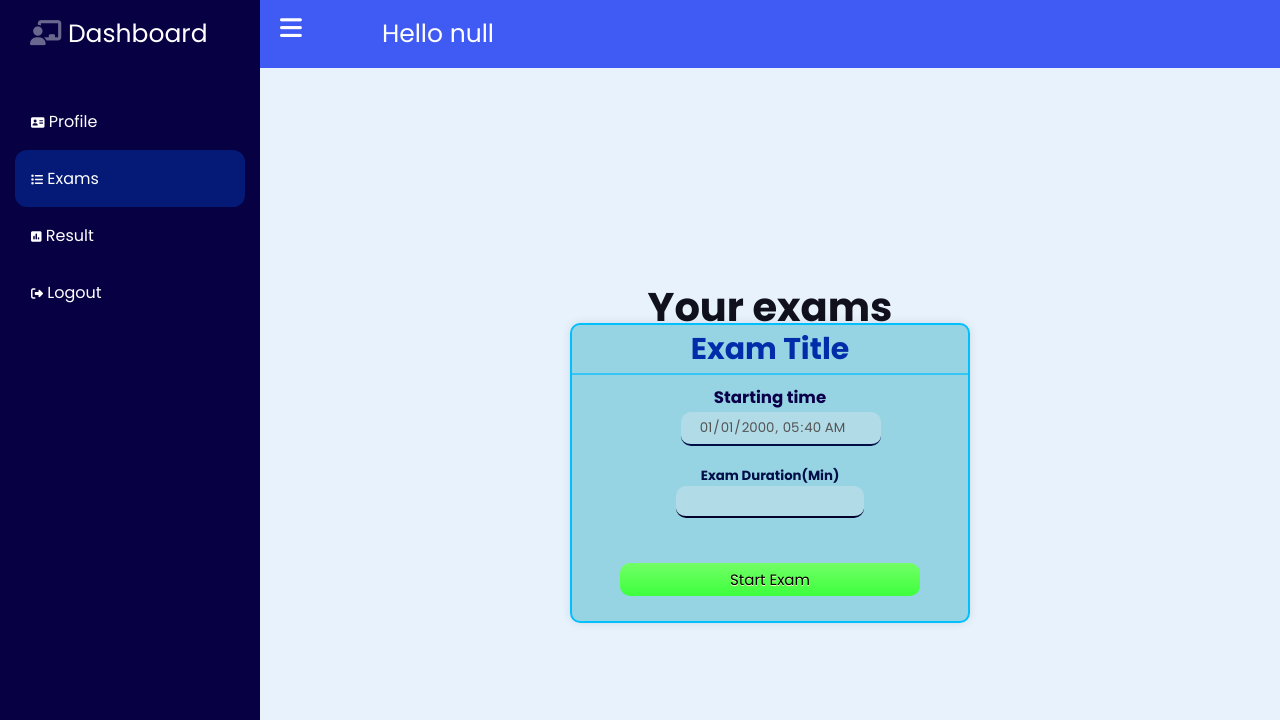
Repository: Buddhadip/ExamPortalApp_struts
Page: http://localhost/ExamWizard/WEB-INF/views/studentExams.jsp
An editor plug-in stored every save of this project. The page is shown before and after the next save, followed by the edit.
The browser window is 1280 px wide. The pictures show the whole page.
The page is served by Tomcat 9. Nobody is signed in. Other server files are loaded and not shown. The template is opened directly, without the code that normally fills it, so the values that code supplies are empty.

Above is the page before, as saved 2023-07-19 09:46:25.

### ExamWizard/src/main/webapp/WEB-INF/views/studentExams.jsp
<%@ page language="java" contentType="text/html; charset=UTF-8"
    pageEncoding="UTF-8"%>
<!DOCTYPE html>
<html>
<head>
    <meta charset="UTF-8" />
    <meta http-equiv="X-UA-Compatible" content="IE=edge" />
    <meta name="viewport" content="width=device-width, initial-scale=1.0" />
    <title>Student Dashboard</title>
    <link rel="stylesheet" href="public/styles/studentHome.css" />
    <link rel="stylesheet" href="public/styles/studentExams.css" />
    <link rel="stylesheet" href="https://cdnjs.cloudflare.com/ajax/libs/font-awesome/6.4.0/css/all.min.css">
<title>Student Home</title>
</head>
<body>
<!-- <%@ taglib prefix="c" uri="http://java.sun.com/jsp/jstl/core" %>
<%
   // Retrieve a session attribute
   String username = (String) session.getAttribute("username");
%> -->
<nav class="sidebar">
      <a href="#" class="logo">
        <i class="fa-solid fa-chalkboard-user fa-beat-fade"></i>
        Dashboard
      </a>

      <div class="menu-content">
        <ul class="menu-items">
          <li class="item">
          <li class="item">
            <a href="profile.do">
              <i class="fa-solid fa-address-card"></i>
              Profile</a>
          </li>

          <li class="item  selected-item">
            <a href="studentExams.do">
                <i class="fa-solid fa-list"></i>
              Exams</a>
          </li>

          <li class="item">
            <a href="result.do">
            <i class="fa-solid fa-square-poll-vertical"></i>
              Result</a>
          </li>

          <li class="item">
            <a href="logout.do">
              <i class="fa-solid fa-right-from-bracket"></i>
              Logout</a>
          </li>
        </ul>
      </div>
    </nav>

    <nav class="navbar">
      <i class="fa-solid fa-bars" id="sidebar-close"></i>

      <div class="hellotext">Hello <%= username %></div>
    </nav>

    <main class="main">
    <h1>Your exams</h1>
      <div class="exam-card">

        <div class="exam-card-header">
          <h2> Exam Title</h2>
          <input type="text" class="eid"  id="${exam.eid}-id" name="eid" value="${exam.eid}" style="display: none" />
        </div>
        <div class="exam-card-body">
          <div class="body-time">
            <div class="exam-card-body-item" >
              <h5>Starting time</h5>
              <input type="datetime-local"  class="starttime" name="estart" value="2000-01-01T05:40:00" disabled/>
            </div>
          </div>
          <div class="duration">
            <h5>Exam Duration(Min)</h3>
            <input type="text" name="eduration"  id="${exam.eid}-dur" value="${exam.eduration}" disabled />
          </div>
          <div class="button-area">
            <div class="bottom-button">
              <button class="exambutton yellow" id="startexambutton"
                onclick="StartExam('${exam.eid}')">
                Start Exam
              </button>
            </div>
          </div>
        </div>
      </div>
    </main>

    <script src="public/js/studentExams.js"></script>

</body>
</html>

### ExamWizard/src/main/webapp/public/styles/studentHome.css
@charset "ISO-8859-1";
@charset "UTF-8";
/* Import Google font - Poppins */
@import url("https://fonts.googleapis.com/css2?family=Poppins:wght@200;300;400;500;600;700&display=swap");
* {
  margin: 0;
  padding: 0;
  box-sizing: border-box;
  font-family: "Poppins", sans-serif;
}

body{
	background: #e7f2fd;
}
.sidebar {
  position: fixed;
  height: 100%;
  width: 260px;
  background: #070144;
  padding: 15px;
  z-index: 99;
}
.logo {
  font-size: 25px;
  padding: 0 15px;
}
.sidebar a {
  color: #fff;
  text-decoration: none;
}
.menu-content {
  position: relative;
  height: 100%;
  width: 100%;
  margin-top: 40px;
  overflow-y: scroll;
}
.menu-content::-webkit-scrollbar {
  display: none;
}
.menu-items {
  height: 100%;
  width: 100%;
  list-style: none;
  transition: all 0.4s ease;
}
.submenu-active .menu-items {
  transform: translateX(-56%);
}
.item a,
.submenu-item {
  padding: 16px;
  display: inline-block;
  width: 100%;
  border-radius: 12px;
}
.item i {
  font-size: 12px;
}
.item a:hover,
.submenu-item:hover,
.submenu .menu-title:hover {
  background: rgba(34, 98, 236, 0.719);
}
.submenu .menu-title:hover ,
.selected-item {
  background: rgba(5, 81, 223, 0.322);
  border-radius: 12px;
}
.submenu-item {
  display: flex;
  justify-content: space-between;
  align-items: center;
  color: #fff;
  cursor: pointer;
}
.submenu {
  position: absolute;
  height: 100%;
  width: 100%;
  top: 0;
  right: calc(-100% - 26px);
  height: calc(100% + 100vh);
  background: #11101d;
  display: none;
}
.show-submenu ~ .submenu {
  display: block;
}
.submenu .menu-title {
  border-radius: 12px;
  cursor: pointer;
}
.submenu .menu-title i {
  margin-right: 10px;
}
.navbar,
.main {
  left: 260px;
  width: calc(100% - 260px);
  transition: all 0.5s ease;
  z-index: 1000;
}
.sidebar.close ~ .navbar,
.sidebar.close ~ .main {
  left: 0;
  width: 100%;
}
.navbar {
  position: fixed;
  color: #fff;
  padding: 15px 20px;
  font-size: 25px;
  background: #405bf4;
  cursor: pointer;
  display:flex;
  flex-direction:row;
}

.navbar .hellotext{
  margin-left:80px;
}
.navbar #sidebar-close {
  cursor: pointer;
}
.main {
  position: relative;
  display: flex;
  align-items: center;
  justify-content: center;
  height: 100vh;
  z-index: 100;
  background: #e7f2fd;
  z-index: 100;
  overflow-y:scroll;
  background: #e7f2fd;
  flex-direction:column;
  padding-top:200px;
}
.main h1 {
  color: #11101d;
  font-size: 40px;
  text-align: center;
}

### ExamWizard/src/main/webapp/public/styles/studentExams.css
@charset "ISO-8859-1";
@charset "ISO-8859-1";

.main h1 {
  color: #11101d;
  font-size: 40px;
  text-align: center;
  height: 5%;
}
.card-holder{
  display:flex;
  flex-direction:row;
  justify-content:space-around;
  align-items:center;
  flex-wrap: wrap;
  width:100%;
  height:95%;
  margin-top:50px;
  /* background-color: rgb(229, 255, 255); */
  padding: 50px;
}
.exam-card{
  width: 400px;
  height: 300px;
  background-color: rgb(255, 255, 255);
  border-radius: 10px;
  border: 2px solid deepskyblue;
  box-shadow: 0px 0px 10px 0px rgba(0, 0, 0, 0.1);
  margin: 20px;
  display: flex;
  flex-direction: column;
  align-items: center;
  cursor: pointer;
  transition: all 0.3s ease;
  background-color: #76c8d9b5;
}
.exam-card-header{
  width: 100%;
  height: 50px;
  color: #002eab;

  display: flex;
  justify-content: center;
  align-items: center;
  font-size: 20px;
  font-weight: 600;
  border-bottom: 2px solid rgba(0, 191, 255, 0.644);
}
.exam-card-body{
  width: 100%;
}

.exam-card-body-item{
  width:50%;
  padding: 10px;

}
.exam-card-body-item h5{
  color: rgb(10, 0, 74);
  text-align: center;
}
.exam-card-body-item input{
  border-radius: 10px;
  padding: 5px 0px;
  text-align: center;
}
.body-time{
  width:100%;
  display: flex;
  justify-content: center;
  align-items: center;
  font-size: 20px;
  flex-direction: row;
}
.starttime{
  border: none;
    border-bottom: 2px solid #000d47;
}
.duration {
  width: 100%;
  text-align: center;
  padding: 10px;
  color: #000d47;


}
.duration input{
    width: 50%;
    padding: 5px;
    border-radius: 10px;
    border: none;
    border-bottom: 2px solid #01002b;
    text-align: center;
}

.top-button{
  width: 100%;
  display: flex;
  justify-content: space-around;
  align-items: center;
  padding: 10px;
  flex-direction: row;

}

.exambutton{
  width: 80%;
  padding: 5px;
  border-radius: 10px;
  border: none;
  margin: 5px;
  cursor: pointer;
  font-size: 15px;
  margin-top: 25px;
}
@-moz-keyframes yellow {
  0%, 100% {
    -moz-box-shadow: 1px 0px 19px 4px #35ff03, inset 0px 0px 10px rgba(255, 255, 255, 0.5);
    box-shadow: 1px 0px 19px 4px #18ff03, inset 0px 0px 10px rgba(255, 255, 255, 0.5); }

  50% {
    -moz-box-shadow: 0px 0px 0px 0px rgba(255, 245, 3, 0), inset 0px 0px 0px rgba(255, 255, 255, 0);
    box-shadow: 0px 0px 0px 0px rgba(255, 245, 3, 0), inset 0px 0px 0px rgba(255, 255, 255, 0); } }

@-webkit-keyframes yellow {
  0%, 100% {
    -webkit-box-shadow: 1px 0px 19px 4px #03ff3a, inset 0px 0px 10px rgba(255, 255, 255, 0.5);
    box-shadow: 1px 0px 19px 4px #03ff2d, inset 0px 0px 10px rgba(255, 255, 255, 0.5); }

  50% {
    -webkit-box-shadow: 0px 0px 0px 0px rgba(255, 245, 3, 0), inset 0px 0px 0px rgba(255, 255, 255, 0);
    box-shadow: 0px 0px 0px 0px rgba(255, 245, 3, 0), inset 0px 0px 0px rgba(255, 255, 255, 0); } }

@-o-keyframes yellow {
  0%, 100% {
    box-shadow: 1px 0px 19px 4px #03ff2d, inset 0px 0px 10px rgba(255, 255, 255, 0.5); }

  50% {
    box-shadow: 0px 0px 0px 0px rgba(255, 245, 3, 0), inset 0px 0px 0px rgba(255, 255, 255, 0); } }

@keyframes yellow {
  0%, 100% {
    box-shadow: 1px 0px 19px 4px #03ff18, inset 0px 0px 10px rgba(255, 255, 255, 0.5); }

  50% {
    box-shadow: 0px 0px 0px 0px rgba(255, 245, 3, 0), inset 0px 0px 0px rgba(255, 255, 255, 0); } }

.button {
  text-align: center;
  padding: 10px 20px;
  text-decoration: none;
  color: #000;
  font-weight: bold;
  -webkit-border-radius: 10px;
  -moz-border-radius: 10px 0;
  border-radius: 10px 0;
  margin-right: 20px; }

.yellow {
  text-shadow: 0px 1px 0px #faffc7;
  background-image: -webkit-linear-gradient(top, #66ff6e, #84fd80);
  background-image: -moz-linear-gradient(top, #66ff66, #80fd8a);
  background-image: -o-linear-gradient(top, #66ff6e, #80fd86);
  background-image: linear-gradient(to bottom, #73ff66, #3dff3d);
  -webkit-animation: yellow 2s infinite;
  -moz-animation:yellow 2s infinite;
  -o-animation: yellow 2s infinite;
  animation: yellow 2s infinite; }
.bottom-button{
  width: 100%;
  display: flex;
  justify-content: space-around;
  align-items: center;
  padding: 10px;
  flex-direction: row;
}

### ExamWizard/src/main/webapp/public/js/studentExams.js
const sidebar = document.querySelector(".sidebar");
const sidebarClose = document.querySelector("#sidebar-close");
const menu = document.querySelector(".menu-content");
const menuItems = document.querySelectorAll(".submenu-item");
const subMenuTitles = document.querySelectorAll(".submenu .menu-title");

sidebarClose.addEventListener("click", () => {
  sidebar.classList.toggle("close");
  menu.classList.remove("submenu-active");
  menuItems.forEach((item) => {
    item.classList.remove("show-submenu");
  });
});

menuItems.forEach((item, index) => {
  item.addEventListener("click", () => {
    menu.classList.add("submenu-active");
    item.classList.add("show-submenu");
    menuItems.forEach((item2, index2) => {
      if (index !== index2) {
        item2.classList.remove("show-submenu");
      }
    });
  });
});

subMenuTitles.forEach((title) => {
  title.addEventListener("click", () => {
    menu.classList.remove("submenu-active");
  });
});

After the next save:
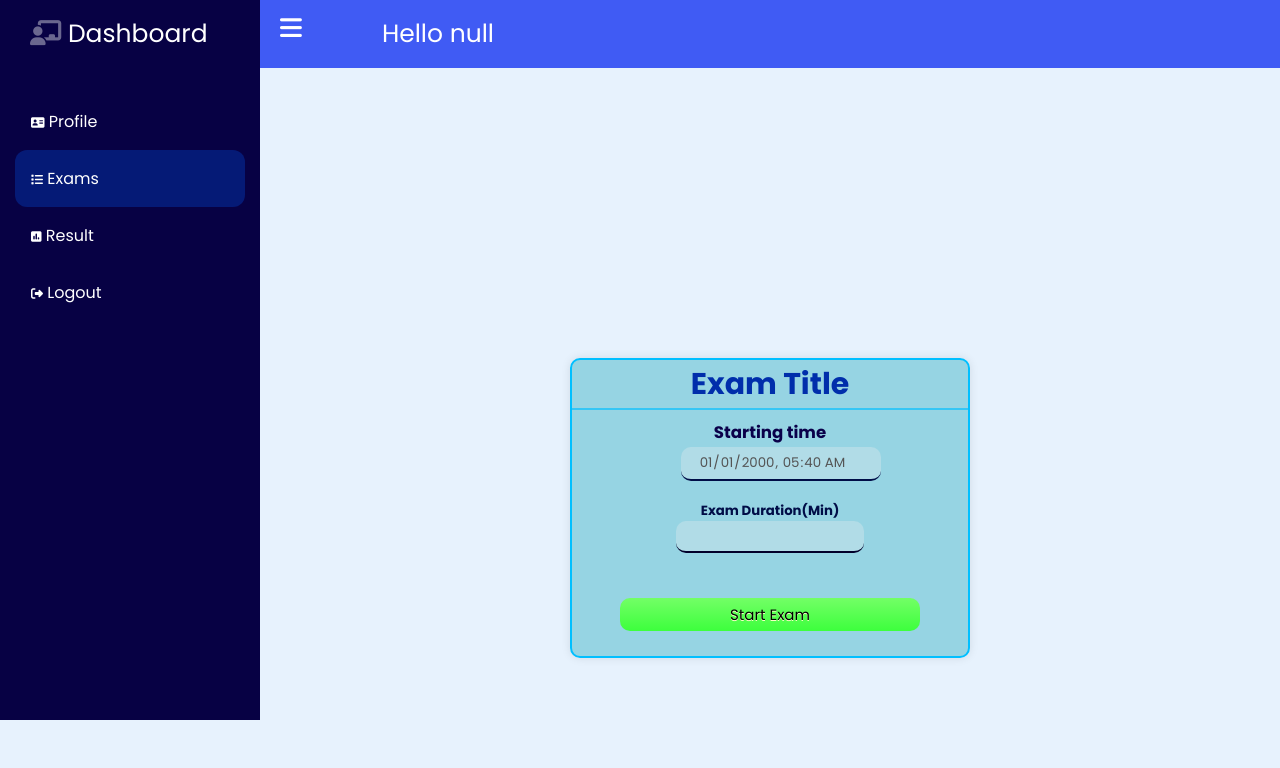
Saved 13 s later.
--- a/ExamWizard/src/main/webapp/WEB-INF/views/studentExams.jsp
+++ b/ExamWizard/src/main/webapp/WEB-INF/views/studentExams.jsp
@@ -59,9 +59,9 @@
 
       <div class="hellotext">Hello <%= username %></div>
     </nav>
+<h1>Your exams</h1>
+    <main class="main">
 
-    <main class="main">
-    <h1>Your exams</h1>
       <div class="exam-card">
 
         <div class="exam-card-header">
